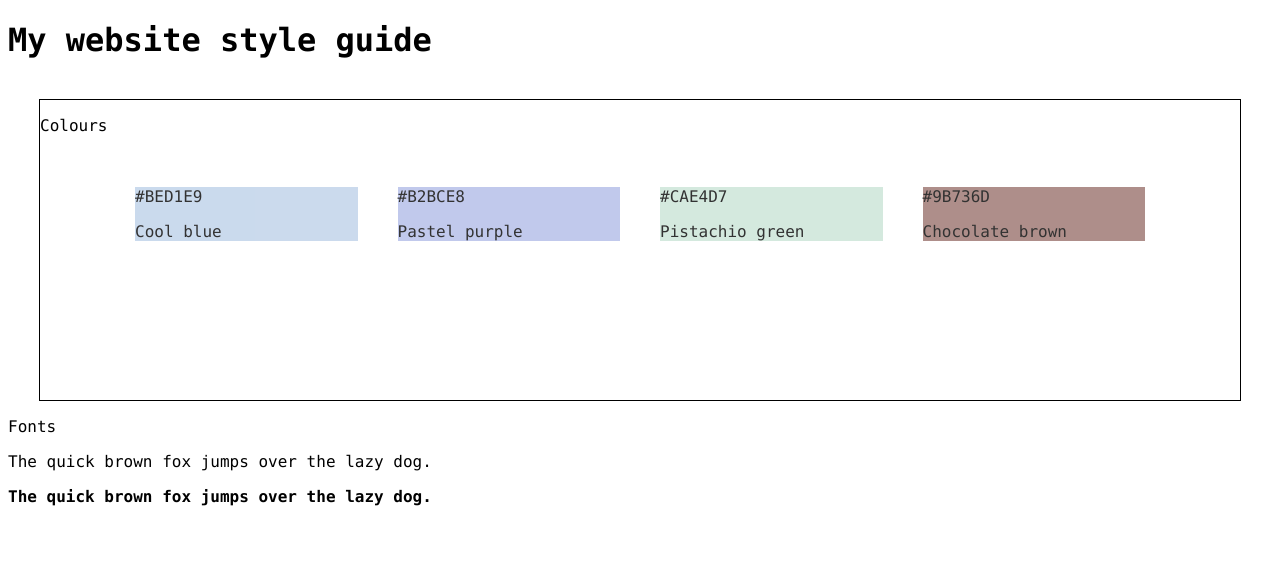
Repository: nazaninrizvi/codecademy
Page: Javascript/website-design-system/index.html
These files come from the project's save history. The page is drawn as it stood at one moment and after a run of saves; the edit follows.
The browser window is 1280 px wide. The pictures show the whole page.

Above is the page before, as saved 2021-11-26 14:30:28.

### Javascript/website-design-system/index.html
<!DOCTYPE html>
<html>
    <head>
        <title>My website style guide</title>
        <link rel="stylesheet" href="styles.css" type="text/css" />
    </head>
    <body>
        <h1>My website style guide</h1>
        <div id="colors">
            <div class="colors-container">
                <p>Colours</p>
                <div class="colcontainer">
                    <div class="cols"><div id="coolblue">
                        <p>#BED1E9</p>
                        <p>Cool blue</p>
                    </div></div>

                    <div class="cols"><div id="pastelPurple">
                        <p>#B2BCE8</p>
                        <p>Pastel purple</p>
                    </div></div>

                    <div class="cols"><div id="pistachio">
                        <p>#CAE4D7</p>
                        <p>Pistachio green</p>
                    </div></div>

                    <div class="cols"><div id="brown">
                        <p>#9B736D</p>
                        <p>Chocolate brown</p>
                    </div></div>
                </div>
            </div>
        </div>
        <div id="fonts">
           <p>Fonts</p>
           <div class="fontcontainer">
               <div class='font'>
                <p>The quick brown fox jumps over the lazy dog.</p>
                <p><b>The quick brown fox jumps over the lazy dog.</b></p>
            </div>
           </div>
        </div>
    </body>
</html>

### Javascript/website-design-system/styles.css
*{
    font-family: "Lucida Console", Courier, monospace;
}

.colors-container{
    height: 300px;
    max-width: 1200px;
    margin: 40px auto auto auto;
    border: 1px solid black;
  }

  .colcontainer{
    max-width: 1050px;
    margin: 15px auto auto auto;
    display: flex;
    justify-content: space-between;
  }

  .cols{
    height: 300px;
    padding: 20px;
    margin-bottom: auto;
    flex-basis: 30%;
    box-sizing: border-box;
    opacity: 0.8;
  }

#coolblue{
    background-color: #bed1e9;
  }

#pastelPurple{
    background-color: #B2BCE8;
}

#pistachio{
    background-color: #CAE4D7;
}

#brown{
    background-color: #9B736D;
}

After the next 4 saves:
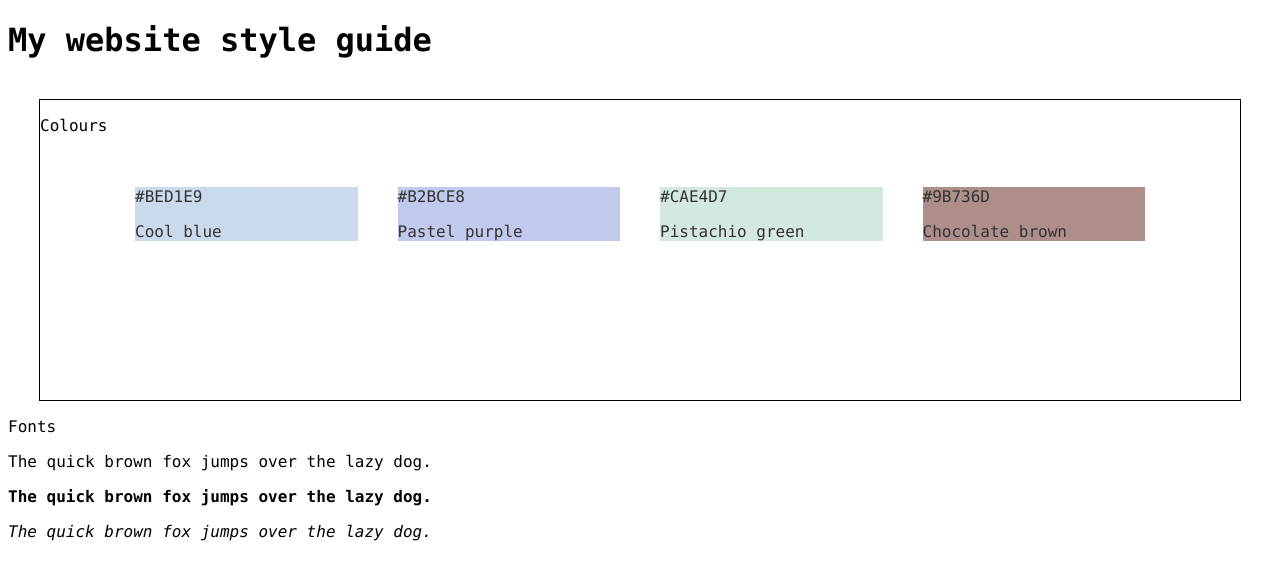
The 4 saves are shown as one change because they came seconds apart.
The last was saved 14 s later.
--- a/Javascript/website-design-system/index.html
+++ b/Javascript/website-design-system/index.html
@@ -38,6 +38,8 @@
                <div class='font'>
                 <p>The quick brown fox jumps over the lazy dog.</p>
                 <p><b>The quick brown fox jumps over the lazy dog.</b></p>
+                <p><i>The quick brown fox jumps over the lazy dog.
+                </i></p>
             </div>
            </div>
         </div>
